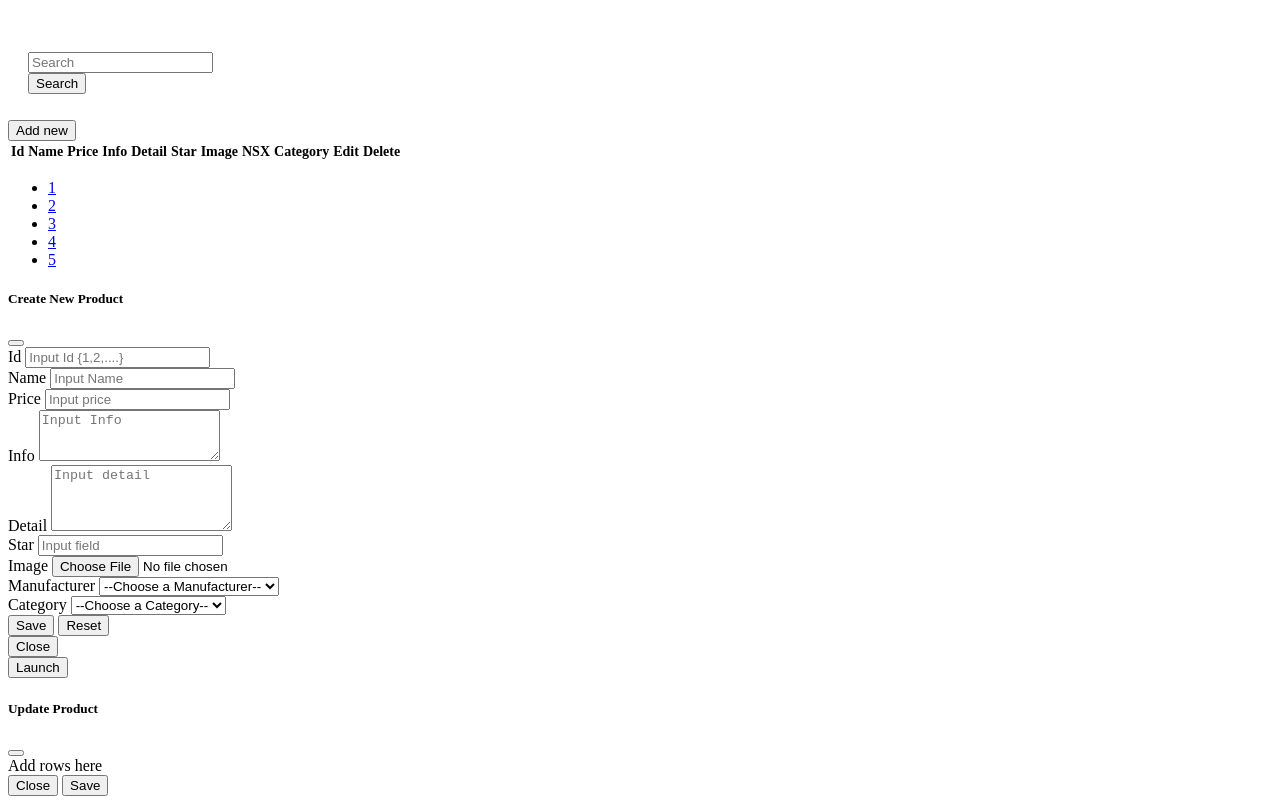
Repository: nguyenhien9/VTI_demo-ecommerce
Page: ADMIN/contentProduct.html
The author's editor kept a copy of each file at every save. The page is drawn from the files as they stood at one save, then again after the next save.
The browser window is 1280 px wide. The pictures show the whole page.

Above is the page before, as saved 2023-03-31 10:52:08.

### ADMIN/contentProduct.html
<!DOCTYPE html>
<html lang="en">
  <head>
    <meta charset="UTF-8" />
    <meta http-equiv="X-UA-Compatible" content="IE=edge" />
    <meta name="viewport" content="width=device-width, initial-scale=1.0" />
    <title>ContentProduct</title>
  </head>
  <body>
    <div class="col-12 col-sm-12 col-md-12 col-lg-12 col-xl-12 col-xxl-12">
      <br />
      <br />
      <!-- Search -->
      <div class="row justify-content-center g-2">
        <div class="col-12 col-sm-12 col-md-12 col-lg-12 col-xl-12 col-xxl-12">
          <div class="row justify-content-center align-items-center g-2">
            <form
              class="d-flex border rounded w-100"
              style="padding: 8px 8px 8px 20px"
              role="search"
            >
              <div class="col-8 pe-4">
                <input
                  class="form-control me-2"
                  type="search"
                  placeholder="Search"
                  aria-label="Search"
                />
              </div>
              <div class="col-4">
                <button class="btn btn-outline-success" type="submit">
                  Search
                </button>
              </div>
            </form>
          </div>
        </div>
      </div>
      <!-- End Search -->
      <!-- Add product -->
      <br />

      <div class="row justify-content-center border rounded g-2">
        <div class="row justify-content-center g-2 ps-2">
          <div class="col-12">
            <button
              type="button"
              class="btn btn-info text-light"
              data-bs-toggle="modal"
              data-bs-target="#modalId"
            >
              Add new
            </button>
          </div>
        </div>
        <div class="row justify-content-center align-items-center g-2">
          <div class="col-sm-12">
            <div class="table-responsive" style="font-size: 14px">
              <table class="table table-light">
                <thead>
                  <tr>
                    <th scope="col">Id</th>
                    <th scope="col">Name</th>
                    <th scope="col">Price</th>
                    <th scope="col">Info</th>
                    <th scope="col">Detail</th>
                    <th scope="col">Star</th>
                    <th scope="col">Image</th>
                    <th scope="col">NSX</th>
                    <th scope="col">Category</th>
                    <th scope="col">Edit</th>
                    <th scope="col">Delete</th>
                  </tr>
                </thead>
                <tbody id="tableBody">
                  <!-- Row-1 -->

                  <!-- Row-2 -->
                </tbody>
              </table>
            </div>
          </div>
        </div>
        <div class="row justify-content-center align-items-center g-2">
          <div class="col-sm-12">
            <nav aria-label="Page navigation">
              <ul class="pagination ps-4">
                <li class="page-item" aria-current="page">
                  <a class="page-link" href="#">1</a>
                </li>
                <li class="page-item active">
                  <a class="page-link" href="#">2</a>
                </li>
                <li class="page-item"><a class="page-link" href="#">3</a></li>
                <li class="page-item"><a class="page-link" href="#">4</a></li>
                <li class="page-item"><a class="page-link" href="#">5</a></li>
              </ul>
            </nav>
          </div>
        </div>
      </div>
      <!--  Modal Add New  -->
      <!-- Modal Body-->
      <div
        class="modal fade"
        id="modalId"
        tabindex="-1"
        role="dialog"
        aria-labelledby="modalTitleId"
        aria-hidden="true"
      >
        <div class="modal-dialog" role="document">
          <div class="modal-content">
            <div class="modal-header">
              <h5 class="modal-title" id="modalTitleId">Create New Product</h5>
              <button
                type="button"
                class="btn-close"
                data-bs-dismiss="modal"
                aria-label="Close"
              ></button>
            </div>
            <div class="modal-body">
              <div class="container-fluid">
                <div class="col-12">
                  <!-- Product Properties -->

                  <div class="mb-3">
                    <label for="" class="form-label fw-bold">Id</label>
                    <input
                      type="text"
                      name="id"
                      id="id"
                      class="form-control"
                      placeholder="Input Id {1,2,....}"
                    />
                  </div>
                  <div class="mb-3">
                    <label for="" class="form-label fw-bold">Name</label>
                    <input
                      type="text"
                      name="name"
                      id="name"
                      class="form-control"
                      placeholder="Input Name"
                    />
                  </div>
                  <div class="mb-3">
                    <label for="" class="form-label fw-bold">Price</label>
                    <input
                      type="text"
                      name="price"
                      id="price"
                      class="form-control"
                      placeholder="Input price"
                    />
                  </div>
                  <div class="mb-3">
                    <label for="" class="form-label fw-bold">Info</label>
                    <textarea
                      class="form-control"
                      name="info"
                      id="info"
                      rows="3"
                      placeholder="Input Info"
                    ></textarea>
                  </div>
                  <div class="mb-3">
                    <label for="" class="form-label fw-bold">Detail</label>
                    <textarea
                      class="form-control"
                      name="detail"
                      id="detail"
                      rows="4"
                      placeholder="Input detail"
                    ></textarea>
                  </div>
                  <div class="mb-3">
                    <label for="" class="form-label fw-bold">Star</label>
                    <input
                      type="text"
                      name="star"
                      id="star"
                      class="form-control"
                      placeholder="Input field"
                    />
                  </div>
                  <div class="mb-3">
                    <label for="" class="form-label fw-bold">Image</label>
                    <input
                      type="file"
                      name="image"
                      id="image"
                      class="form-control text-secondary"
                      accept="image/*"
                    />
                  </div>
                  <div class="mb-3">
                    <label for="" class="form-label fw-bold"
                      >Manufacturer</label
                    >
                    <select
                      class="form-select form-select-md text-secondary"
                      name="manufacturer"
                      id="manufacturer"
                    >
                      <option selected>--Choose a Manufacturer--</option>
                      <option value="SAMSUNG">SAMSUNG</option>
                      <option value="APPLE">APPLE</option>
                      <option value="XIAOMI">XIAOMI</option>
                      <option value="OPPO">OPPO</option>
                    </select>
                  </div>
                  <div class="mb-3">
                    <label for="" class="form-label fw-bold">Category</label>
                    <select
                      class="form-select form-select-md text-secondary"
                      name=""
                      id="category"
                    >
                      <option selected>--Choose a Category--</option>
                      <option value="Mobile Phone">Mobile Phone</option>
                      <option value="Tablet">Tablet</option>
                      <option value="Laptop">Laptop</option>
                    </select>
                  </div>

                  <!-- Action -->

                  <div class="col-12">
                    <button
                      type="button"
                      class="btn btn-primary fw-semibold"
                      onclick="addNewProduct()"
                    >
                      Save
                    </button>
                    <button
                      type="button"
                      class="btn btn-warning text-light fw-semibold"
                    >
                      Reset
                    </button>
                  </div>
                </div>
              </div>
            </div>
            <div class="modal-footer">
              <div class="col-12">
                <button
                  type="button"
                  class="btn btn-danger float-end"
                  data-bs-dismiss="modal"
                >
                  Close
                </button>
              </div>
            </div>
          </div>
        </div>
      </div>
      <!-- Modal Edit -->
      <!-- Button trigger modal -->
      <button
        type="button"
        class="btn btn-primary btn-lg"
        data-bs-toggle="modal"
        data-bs-target="#modalId"
      >
        Launch
      </button>

      <!-- Modal -->
      <div
        class="modal fade"
        id="modalId update"
        tabindex="-1"
        role="dialog"
        aria-labelledby="modalTitleId"
        aria-hidden="true"
      >
        <div class="modal-dialog" role="document">
          <div class="modal-content">
            <div class="modal-header">
              <h5 class="modal-title" id="modalTitleId">Update Product</h5>
              <button
                type="button"
                class="btn-close"
                data-bs-dismiss="modal"
                aria-label="Close"
              ></button>
            </div>
            <div class="modal-body">
              <div class="container-fluid">Add rows here</div>
            </div>
            <div class="modal-footer">
              <button
                type="button"
                class="btn btn-secondary"
                data-bs-dismiss="modal"
              >
                Close
              </button>
              <button type="button" class="btn btn-primary">Save</button>
            </div>
          </div>
        </div>
      </div>

      <script>
        var modalId = document.getElementById("modalId");

        modalId.addEventListener("show.bs.modal", function (event) {
          // Button that triggered the modal
          let button = event.relatedTarget;
          // Extract info from data-bs-* attributes
          let recipient = button.getAttribute("data-bs-whatever");

          // Use above variables to manipulate the DOM
        });
      </script>
    </div>
  </body>
</html>

After the next save:
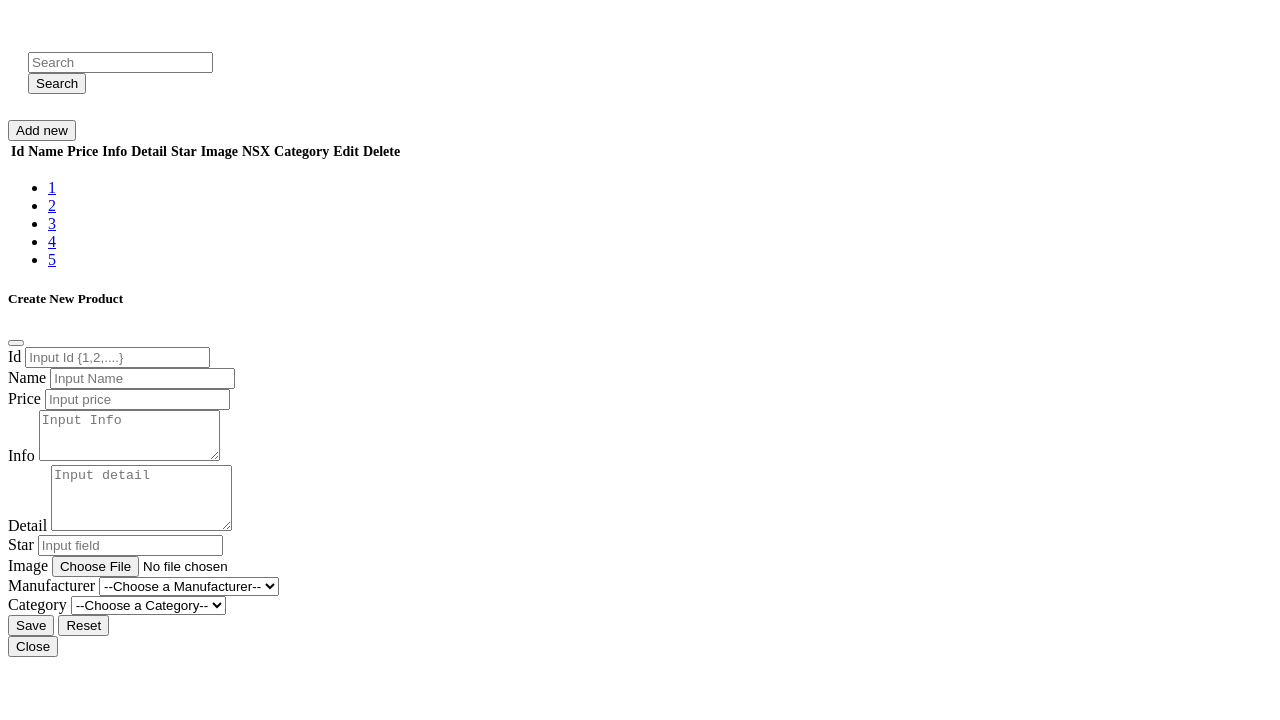
Saved 15 s later.
--- a/ADMIN/contentProduct.html
+++ b/ADMIN/contentProduct.html
@@ -260,65 +260,6 @@
         </div>
       </div>
       <!-- Modal Edit -->
-      <!-- Button trigger modal -->
-      <button
-        type="button"
-        class="btn btn-primary btn-lg"
-        data-bs-toggle="modal"
-        data-bs-target="#modalId"
-      >
-        Launch
-      </button>
-
-      <!-- Modal -->
-      <div
-        class="modal fade"
-        id="modalId update"
-        tabindex="-1"
-        role="dialog"
-        aria-labelledby="modalTitleId"
-        aria-hidden="true"
-      >
-        <div class="modal-dialog" role="document">
-          <div class="modal-content">
-            <div class="modal-header">
-              <h5 class="modal-title" id="modalTitleId">Update Product</h5>
-              <button
-                type="button"
-                class="btn-close"
-                data-bs-dismiss="modal"
-                aria-label="Close"
-              ></button>
-            </div>
-            <div class="modal-body">
-              <div class="container-fluid">Add rows here</div>
-            </div>
-            <div class="modal-footer">
-              <button
-                type="button"
-                class="btn btn-secondary"
-                data-bs-dismiss="modal"
-              >
-                Close
-              </button>
-              <button type="button" class="btn btn-primary">Save</button>
-            </div>
-          </div>
-        </div>
-      </div>
-
-      <script>
-        var modalId = document.getElementById("modalId");
-
-        modalId.addEventListener("show.bs.modal", function (event) {
-          // Button that triggered the modal
-          let button = event.relatedTarget;
-          // Extract info from data-bs-* attributes
-          let recipient = button.getAttribute("data-bs-whatever");
-
-          // Use above variables to manipulate the DOM
-        });
-      </script>
     </div>
   </body>
 </html>
